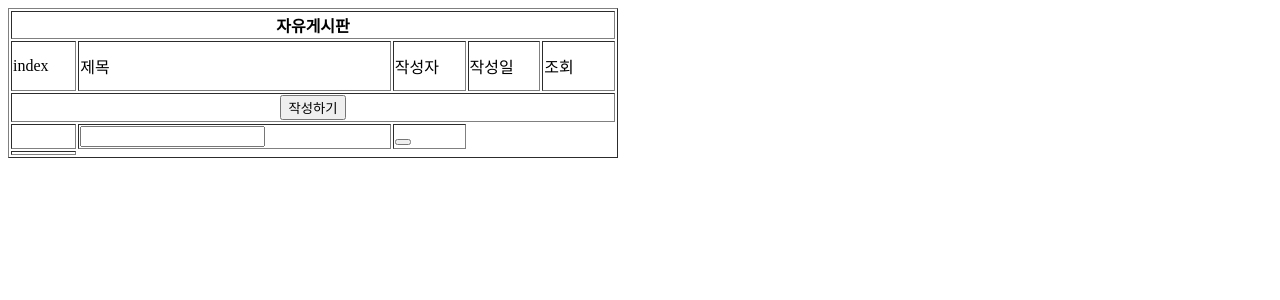
Repository: y2kim/workspace3
Page: http://localhost/WEB_MVC1_JSP_05_25/BorderList.jsp
These files come from the project's save history. The page is drawn as it stood at one moment and after the next save; the edit follows.
The browser window is 1280 px wide. The pictures show the whole page.
The page is served by Tomcat 9. Other server files are loaded and not shown. Queries for data that is not in the repository find no rows.

Above is the page before, as saved 2018-06-04 06:57:57.

### WEB_MVC1_JSP_05_25/WebContent/BorderList.jsp
<%@page import="javax.servlet.jsp.tagext.TryCatchFinally"%>
<%@page import="java.util.ArrayList"%>
<%@page import="java.util.List"%>
<%@page import="bean.BorderInfos"%>
<%@page import="bean.BoradDAO"%>
<%@ page language="java" contentType="text/html; charset=UTF-8"
    pageEncoding="UTF-8"%>
<!DOCTYPE html>
<html>
<head>
<meta http-equiv="Content-Type" content="text/html; charset=UTF-8">
  <style>

  </style>
<title>Insert title here</title>

</head>
<body>
         <%
         	   int currentpage = 0;
         	   try{
               currentpage =Integer.parseInt(request.getParameter("currentPage"));
         	   }catch(Exception e){
         		  currentpage=0;
         	   }

               if(currentpage == 0){
            	   currentpage =1;
               }else{
            	   currentpage =Integer.parseInt(request.getParameter("currentPage"));
               }
                BoradDAO bdao = new BoradDAO();
         %>
<table border="1">
        <tr >
            <th colspan="5" width=600>자유게시판</th>
        </tr>
        <tr height=50>
            <td width=25>index</td>
            <td width=40>제목</td>
            <td width=40>작성자</td>
            <td width=40>작성일</td>
            <td width=40>조회</td>
        </tr>
        	<%
        	     int totalborde = bdao.allBoard();
           		 int pageSize = 3;

                  int max = pageSize * currentpage;
                  int min = max - pageSize ;
        	    List<BorderInfos> list = bdao.listBordercut(max, min);;
        	    for(int i=0;i<list.size();i++){
        	%>
		<tr>
			<td><%=list.get(i).getSeq()%></td>
			<td><a href="borde/list.jsp?list.get(i).getSeq()=<%=list.get(i).getSeq()%>"><%=list.get(i).getTitle()%></a></td>
			<td><%=list.get(i).getWriter()%></td>
			<td><%=list.get(i).getWritedate()%></td>
			<td><%=list.get(i).getViewcount()%></td>
		</tr>
        		<%} %>
        <tr>
            <td colspan="5" align="center">

            <input type="Button" value="작성하기" id="addtext">
            </td>
        </tr>
        <tr>
        <td><section id="stype" name="stype"></section></td>
        <td><input type="text" name="search" id="search"></td>
        <td><button type="button" id="search"></button></td>
        </tr>
        <tr><td style="align-content:center;" align="center"> <%=bdao.getPageNavi(currentpage)%> </td></tr>
    </table>

    <script>
      document.getElementById("addtext").onclick = function(){
        location.href="borde/addbordetitle.html";
       }

    </script>
</body>
</html>

### WEB_MVC1_JSP_05_25/src/bean/BoradDAO.java
package bean;

import java.sql.Connection;
import java.sql.DriverManager;
import java.sql.PreparedStatement;
import java.sql.ResultSet;
import java.util.ArrayList;
import java.util.List;

public class BoradDAO {

	public Connection dbConnect() throws Exception {
		Class.forName("oracle.jdbc.driver.OracleDriver");
		String DB_URL = "jdbc:oracle:thin:@127.0.0.1:1521:XE";
		String DB_USER = "kh";
		String DB_PASSWORD = "kh";

		return  DriverManager.getConnection(DB_URL, DB_USER, DB_PASSWORD);
	}

	public int insertBorder(BorderInfos bifs , int val) throws Exception {
		Connection cons = dbConnect();
		String sql = "insert into board values(?,?,?,?,sysdate,?,?)";
		PreparedStatement pst = cons.prepareStatement(sql);
		pst.setInt(1,val);
		pst.setString(2,bifs.getTitle());
		pst.setString(3,bifs.getContents());
		pst.setString(4,bifs.getWriter());
		pst.setInt(5,bifs.getViewcount());
		pst.setString(6,bifs.getIp());
		int result = pst.executeUpdate();
		cons.commit();
		pst.close();
		cons.close();
		return result;
	}

	public List<BorderInfos> listBorder() throws Exception{
		List<BorderInfos> list = new ArrayList<>();
		Connection cons = dbConnect();
		String sql = "select * from board ORDER BY seq desc";
		PreparedStatement pst = cons.prepareStatement(sql);
		ResultSet rs = pst.executeQuery();
		while(rs.next()) {
			BorderInfos bifs = new BorderInfos();
			bifs.setSeq(rs.getInt(1));
			bifs.setTitle(rs.getString(2));
			bifs.setContents(rs.getString(3));
			bifs.setWriter(rs.getString(4));
			bifs.setWritedate(rs.getDate(5));
			bifs.setViewcount(rs.getInt(6));
			bifs.setIp(rs.getString(7));

			list.add(bifs);
		}
		rs.close();
		pst.close();
		cons.close();
		return list;
	}

	public List<BorderInfos> listBordercut(int large, int small) throws Exception{
		List<BorderInfos> list = new ArrayList<>();
		Connection cons = dbConnect();
		String sql = "select * from (select b.*, rownum as rnum from ( select * from board b order by seq desc)b where rownum <=?)where  rnum >?";
		PreparedStatement pst = cons.prepareStatement(sql);
		pst.setInt(1,large);
		pst.setInt(2,small);
		ResultSet rs = pst.executeQuery();
		while(rs.next()) {
			BorderInfos bifs = new BorderInfos();
			bifs.setSeq(rs.getInt(1));
			bifs.setTitle(rs.getString(2));
			bifs.setContents(rs.getString(3));
			bifs.setWriter(rs.getString(4));
			bifs.setWritedate(rs.getDate(5));
			bifs.setViewcount(rs.getInt(6));
			bifs.setIp(rs.getString(7));

			list.add(bifs);
		}
		rs.close();
		pst.close();
		cons.close();
		return list;
	}

	public List<BorderInfos> showGetPage(int seq) throws Exception{
		List<BorderInfos> list = new ArrayList<>();
		Connection cons = dbConnect();
		String sql = "select * from board where seq = ?";
		PreparedStatement pst = cons.prepareStatement(sql);
		pst.setInt(1,seq);
		ResultSet rs = pst.executeQuery();
		while (rs.next()) {
			BorderInfos bifs = new BorderInfos();
			bifs.setSeq(rs.getInt(1));
			bifs.setTitle(rs.getString(2));
			bifs.setContents(rs.getString(3));
			bifs.setWriter(rs.getString(4));
			bifs.setWritedate(rs.getDate(5));
			bifs.setViewcount(rs.getInt(6));
			bifs.setIp(rs.getString(7));
			list.add(bifs);
		}
		rs.close();
		pst.close();
		cons.close();
		return list;
	}

	public int updateVisite(int seq) throws Exception {
		Connection cons = dbConnect();
		String sql = "update board set viewcount = viewcount+1  where seq = ?";
		PreparedStatement pst = cons.prepareStatement(sql);
		pst.setInt(1, seq);
		int result = pst.executeUpdate();
		cons.commit();
		pst.close();
		cons.close();
		return result;
	}

	public int deleteList(int seq) throws Exception{
		Connection cons = dbConnect();
		String sql = "delete from board where seq = ?";
		PreparedStatement pst = cons.prepareStatement(sql);
		System.out.println("abc");
		pst.setInt(1, seq);
		int result = pst.executeUpdate();
		System.out.println("123");
		cons.commit();
		pst.close();
		cons.close();
		return result;
	}

	public int updateBorde(BorderInfos bifs, int seq) throws Exception {
		Connection cons = dbConnect();
		String sql = "update board set title = ?, contents = ? , writedate = sysdate, ip = ?  where seq = ?";
		//update members set ISBLOCKED='y' where id = 'abcd';
		PreparedStatement pst = cons.prepareStatement(sql);
		pst.setString(1, bifs.getTitle());
		pst.setString(2, bifs.getContents());
		pst.setString(3, bifs.getIp());
		pst.setInt(4, seq);
		int result = pst.executeUpdate();
		cons.commit();
		pst.close();
		cons.close();
		return result;
	}

	public String ischk(int seq) throws Exception {
		Connection cons = dbConnect();
		String sql = "select writer from board where seq = ?";
		PreparedStatement pst = cons.prepareStatement(sql);
		pst.setInt(1,seq);
		ResultSet rs = pst.executeQuery();
		if(rs.next()) {
			String str = rs.getString(1);
			rs.close();
			pst.close();
			cons.close();
			return str;
		}else {
			rs.close();
			pst.close();
			cons.close();
			return null;
		}

	}


	public int allBoard() throws Exception{
		Connection cons = dbConnect();
		String sql = "select count(*) from board";
		PreparedStatement pst = cons.prepareStatement(sql);
		ResultSet rs = pst.executeQuery();
		if(rs.next()) {
			int result = rs.getInt(1);
			rs.close();
			pst.close();
			cons.close();
			return result;
		}else {
			rs.close();
			pst.close();
			cons.close();
			return 0;
		}
	}

	public String getPageNavi(int now) throws Exception {
		Connection cons = dbConnect();
		String sql = "select count(*) totalCount from board";
		PreparedStatement pst = cons.prepareStatement(sql);
		ResultSet rs = pst.executeQuery();
		rs.next();
		rs.getInt("totalCount");

		int recordTotalCount =  rs.getInt("totalCount"); //전체 글의 개수를 저장하는 변수
		int recordCountPerPage = 3; // 한 페이지에 게시글이 몇개 보일건지
		int naviCountPerPage = 3; //  한 페이지에서 내비게이터가 몇개씩 보일건지
		int pageTotalCount =0; // 전체가 몇페이지로 구성 될것인지

		if(recordTotalCount%recordCountPerPage >0) { //0 10d으로 나누어 떨어지지 않음
			pageTotalCount = recordTotalCount / recordCountPerPage +1 ;
		}else {
			pageTotalCount = recordTotalCount / recordCountPerPage;
		}
		//--------------------------------------
		int currentpage = now ; // 임의의 페이지
		if(currentpage < 1) {
			currentpage = 1;
		}else if(currentpage > pageTotalCount) {
			currentpage = pageTotalCount;
		}/// 현재 페이지가 비정상인지 검증하는 코드

		int startNavi = (currentpage-1) / naviCountPerPage * naviCountPerPage +1; /// 네비게이터가 시작하는 값    1- 10  11-20 21-30
		int endNavi = startNavi + naviCountPerPage -1 ; // 네비게이터 끝값

		if(endNavi > pageTotalCount) { // 검증코드
			endNavi = pageTotalCount;
		}
		System.out.println("현재페이지 :" + currentpage);
		System.out.println("네비게이터 시작 :" + startNavi);
		System.out.println("네비게이터 끝 : " + endNavi);
		System.out.println(" 페이지 토탈카운트" + pageTotalCount);
		boolean needPrev = true;
		boolean needNext = true;

		if(startNavi == 1) {
			needPrev = false;
		}
		if(endNavi == pageTotalCount ) {
			needNext = false;
		}
		StringBuilder sb = new StringBuilder(); /// ""   스트링풀  절약
		if(needPrev) {
			if(currentpage+naviCountPerPage>1) {
				sb.append("<a href=\"BorderList.jsp?currentPage="+(currentpage-naviCountPerPage)+"\">");
				sb.append("< ");
				sb.append("</a>");
			}else {
				sb.append("<a href=\"BorderList.jsp?currentPage="+(1)+"\">");
				sb.append("< ");
				sb.append("</a>");
			}

		}
		for(int i = startNavi;i<=endNavi;i++) {
			sb.append("<a href=\"BorderList.jsp?currentPage="+i+"\">");
			sb.append(i + " ");
			sb.append("</a>");
		}
		if(needNext) {
			if(currentpage+naviCountPerPage<=pageTotalCount) {
			sb.append("<a href=\"BorderList.jsp?currentPage="+(currentpage+naviCountPerPage)+"\">");
			sb.append(">");
			sb.append("</a>");
			}else {
				sb.append("<a href=\"BorderList.jsp?currentPage="+(pageTotalCount)+"\">");
				sb.append(">");
				sb.append("</a>");
			}
		}
		pst.close();
		rs.close();
		return sb.toString();
	}

	public void makeDummyDate() throws Exception { /// 좀있다 가져올것
		Connection cons = dbConnect();
		String sql = "insert into board values ()";
		PreparedStatement pst = cons.prepareStatement(sql);
		ResultSet rs = pst.executeQuery();

	}


    public int lastValue() throws Exception {
    	Connection cons = dbConnect();
    	String sql = "select * from (select seq from board ORDER BY seq desc) where rownum <=1";
    	//여러 사람이 동시에 쿼리 날리는 경우 위험
    	PreparedStatement pst = cons.prepareStatement(sql);
		ResultSet rs = pst.executeQuery();
		if(rs.next()) {
			int result = rs.getInt(1);
			rs.close();
			pst.close();
			cons.close();
			return result;
		}else {
			return 0;
		}
    }

	public int callNextSeq() throws Exception {
		Connection cons = dbConnect();
		String sql = "select bodka.nextval from dual";
		PreparedStatement pst = cons.prepareStatement(sql);
		ResultSet rs = pst.executeQuery();
		if(rs.next()) {
			int result = rs.getInt(1);
			rs.close();
			pst.close();
			cons.close();
			return result;
		}else {
			return 0;
		}
	}

}

After the next save:
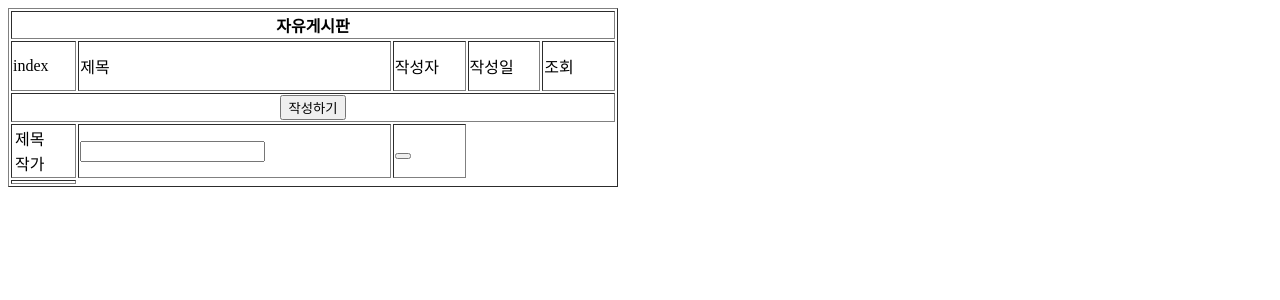
Saved 2 min 49 s later.
--- a/WEB_MVC1_JSP_05_25/WebContent/BorderList.jsp
+++ b/WEB_MVC1_JSP_05_25/WebContent/BorderList.jsp
@@ -66,7 +66,10 @@
             </td>
         </tr>
         <tr>
-        <td><section id="stype" name="stype"></section></td>
+        <td><section id="stype" name="stype">
+        <option value="title">제목</option>
+        <option value="writer">작가</option>
+        </section></td>
         <td><input type="text" name="search" id="search"></td>
         <td><button type="button" id="search"></button></td>
         </tr>
